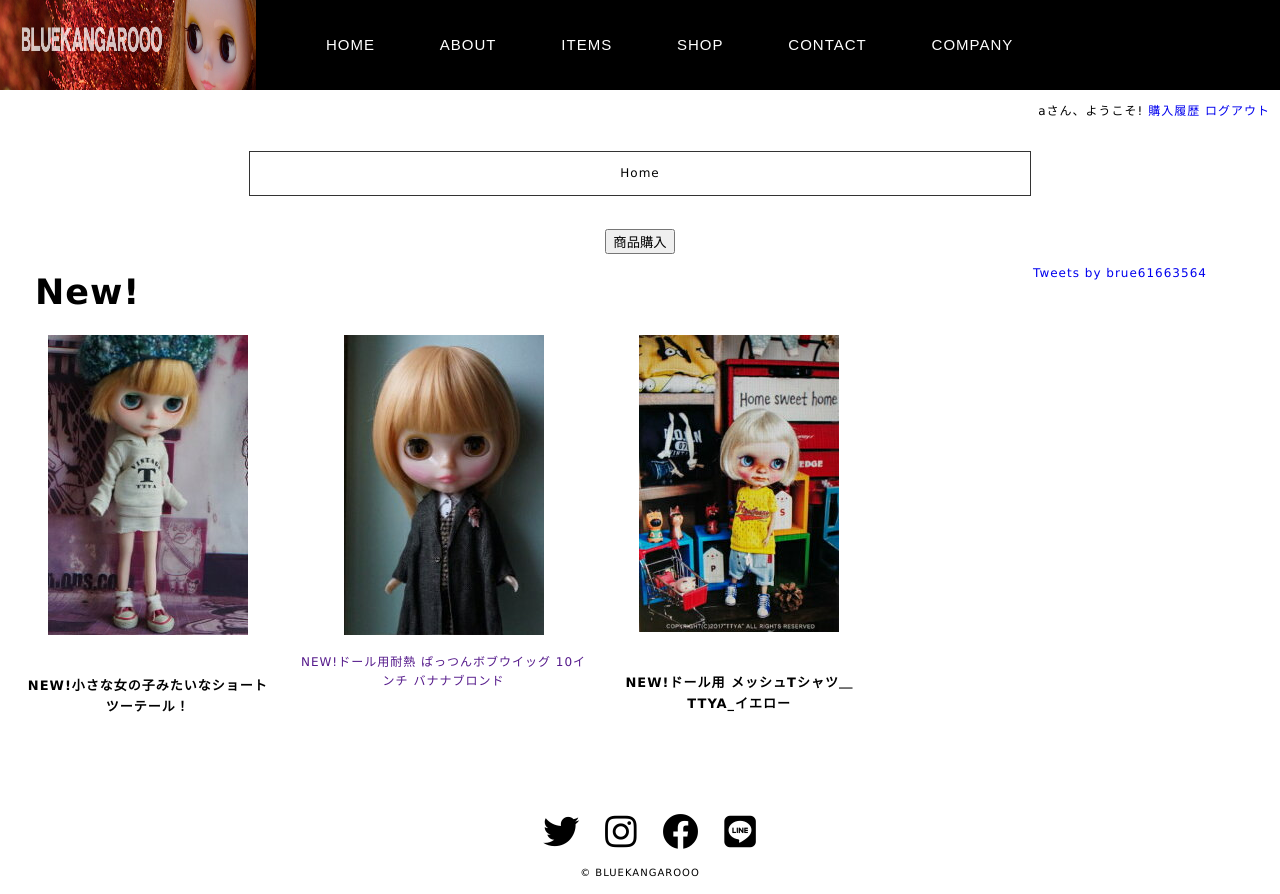
Repository: xiezom/test
Page: http://localhost/ecsite/
These files come from the project's save history. The page is drawn as it stood at one moment and after the next save; the edit follows.
The browser window is 1280 px wide. The pictures show the whole page.
Some web libraries are served in a nearby version. The page is served by Tomcat 9. Other server files are loaded and not shown.

Above is the page before, as saved 2019-03-26 04:08:07.

### ecsite/WebContent/home.jsp
<%@ page language="java" contentType="text/html; charset=UTF-8"
    pageEncoding="UTF-8"%>
<%@ taglib prefix="s" uri="/struts-tags"%>
<!DOCTYPE html>
<html>
<head>

	<meta http-equiv="Content-Type" content="text/html; charset=utf8"/>
	<meta http-equiv="Content-Style-Type" content="text/css"/>
	<meta http-equiv="Content-Script-Type" content="text/javascript"/>
	<meta http-equiv="imagetoolbar" content="no">
	<meta name="description" content=""/>
	<meta name="keywords" content=""/>

	<title>HOME</title>

	<link rel="stylesheet" type="text/css" href="./css/home_style.css">
	<link rel="stylesheet" href="https://use.fontawesome.com/releases/v5.8.1/css/all.css" integrity="sha384-50oBUHEmvpQ+1lW4y57PTFmhCaXp0ML5d60M1M7uH2+nqUivzIebhndOJK28anvf" crossorigin="anonymous">

</head>
<body>

	<div class="header">
		<img class="logo" alt="blueKangarooo" src="./img/logo.jpg">
		<ul>
            <li>HOME</li>
            <li>ABOUT</li>
            <li>ITEMS</li>
            <li>SHOP</li>
            <li>CONTACT</li>
            <li>COMPANY</li>
        </ul>

	</div>
	<div>
    <p class="welcome">
        aさん、ようこそ!
        <a href='<s:url action="MyPageAction" />'>購入履歴</a>
        <a href='<s:url action="LogoutAction" />'>ログアウト</a>
    </p>
	</div>

	<div class="main">
		<div class="top">
			<p>Home</p>
		</div>
		<div class="text-center">
			<s:form action="HomeAction">
				<s:submit value="商品購入"/>
			</s:form>
		</div>

		<div class="main-container">
			<div class="left">
			<section id="News">

				<div class="headin-box"><h2>New!</h2></div>

				<div class="entry">
					<a href="" >
					<img class="img" src="./img/1.jpg">
					<h3>NEW!小さな女の子みたいなショートツーテール！</h3>
					</a>
				</div>


				<div class="entry">
					<a href="">
					<img class="img" src="./img/2.jpg">
					<p>NEW!ドール用耐熱 ぱっつんボブウイッグ 10インチ バナナブロンド</p>
					</a>
				</div>

				<div class="entry">
					<a href="">
					<img class="img" src="./img/3.jpg">
					<h3>NEW!ドール用 メッシュTシャツ＿ TTYA_イエロー</h3>
					</a>
				</div>
			</section>

			</div>
			<div class="right">
				<a class="twitter-timeline" height="400px" href="https://twitter.com/brue61663564">
				Tweets by brue61663564</a>
				<script async src="https://platform.twitter.com/widgets.js" charset="utf-8"></script>
			</div>
		</div>

		<s:if test="#session.id != null">
				<p>ログアウトする場合は
					<a href='<s:url action="LogoutAction"/>'>こちら</a></p>
				<p>マイページは
					<a href='<s:url action="MyPageAction"/>'>こちら</a></p>
		</s:if>
	</div>

	<div class="footer">
	<nav>
		<ul class="social">
			<li><a href="" target="_blank"><i class="fab fa-twitter fa-3x"></i></a>
			</li>
			<li><a href="" target="_blank"><i class="fab fa-instagram fa-3x"></i></a>
			</li>
			<li><a href="" target="_blank"><i class="fab fa-facebook fa-3x"></i></a>
			</li>
			<li><a href="" target="_blank"><i class="fab fa-line fa-3x"></i></a>
			</li>
		</ul>
	</nav>
		<p class="copy"><small>&copy; BLUEKANGAROOO</small></p>
	</div>


</body>
</html>

### ecsite/WebContent/css/home_style.css
@CHARSET "UTF-8";


		body {
			margin: 0;
			padding: 0;
			line-height: 1.6;
			letter-spacing: 1px;
			font-family: Verdana,Helvetica,sans-serif;
			font-size: 12px;
			background: #fff;
		}

		a	{
			text-decoration: none;
		}

		ul {
			list-style-type: none;
		}

		.top {
			width: 780px;
			margin: 30px auto;
			border: 1px solid #333;
		}

		.header {
			width: 100%;
			height: 90px;
			background-color: black;
			overflow: hidden;
		}

		.logo {
			float: left;
			height: 90px;
			width: 20%;
			display: inline-block;
		}

		.header ul {
			text-align: center;
			display: inline-block;
			margin: 0 auto;
		}

		.header ul li {
		    display: inline-block;
		    padding-left: 30px;
		    padding-right: 30px;
		    line-height: 90px;
		    font-size: 15px;
		    font-family: 游ゴシック, YuGothic, meiryo, sans-serif;
		    color: #fff;
		}

		.welcome {
			text-align: right;
			margin-right: 10px;
		}

		.main {
			clear: both;
			width: 100%;
			height: auto;
			text-align: center;
		}

		.text-center {
			display: inline-block;
			text-align: center;
		}

		.main-container {
			width: 100%;
			height: 500px
		}

		.left {
			float: left;
			width: 70%;
		}

		.entry {
			float: left;
			width: 33%;
		}

		.entry img {
		    -moz-transition: -moz-transform 0.5s linear;
		    -webkit-transition: -webkit-transform 0.5s linear;
		    -o-transition: -o-transform 0.5s linear;
		    -ms-transition: -ms-transform 0.5s linear;
		    transition: transform 0.5s linear;
		}

		.entry img:hover {
		    -webkit-transform: scale(1.2);
		    -moz-transform: scale(1.2);
		    -o-transform: scale(1.2);
		    -ms-transform: scale(1.2);
		    transform: scale(1.2);
		}

		#News h3 {
			padding: 22px 25px 12px;
    		font-size: 13px;
    		color: black;
		}

		.headin-box h2 {
			margin-left: 1em;
			margin-top: 0;
			margin-bottom: 15px;
			font-size: 35px;
			text-align: left;
		}

		.right {
			float: right;
			width: 25%;
		}

		.footer {
			margin-top: 50px;
			width:100%;
			height: 80px;
			clear: both;
			text-align: center;
		}

		.sosial {
			text-align: center;
		}
		.social li {
			display: inline-block;
			margin-right: 20px;
		}

		.fab {
			color: black;
		}

		.copy {
			clear: both;
			text-align: center;
		}

After the next save:
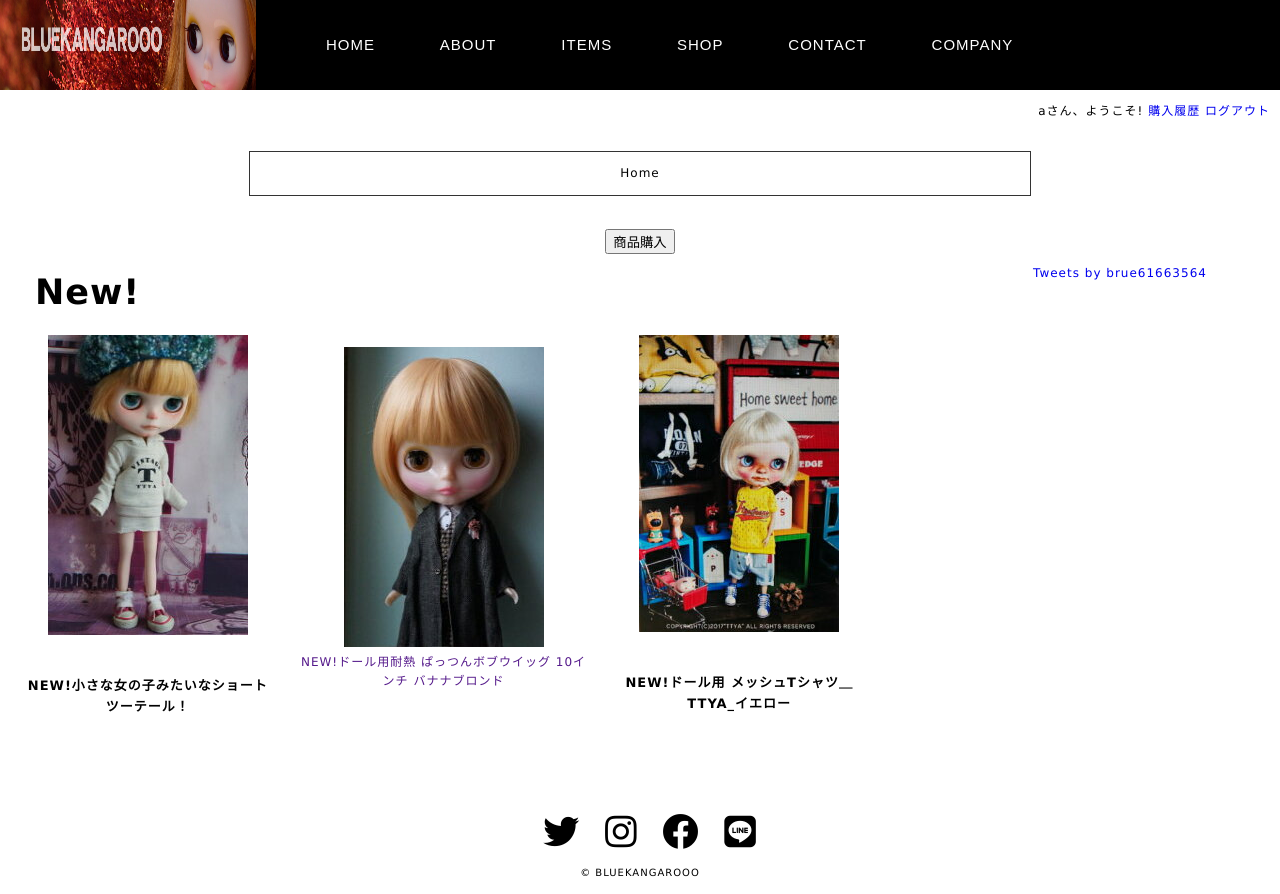
Saved 50 s later.
--- a/ecsite/WebContent/home.jsp
+++ b/ecsite/WebContent/home.jsp
@@ -65,10 +65,10 @@
 
 
 				<div class="entry">
-					<a href="">
+					<p><a href="">
 					<img class="img" src="./img/2.jpg">
-					<p>NEW!ドール用耐熱 ぱっつんボブウイッグ 10インチ バナナブロンド</p>
-					</a>
+					<br/>NEW!ドール用耐熱 ぱっつんボブウイッグ 10インチ バナナブロンド
+					</a></p>
 				</div>
 
 				<div class="entry">
